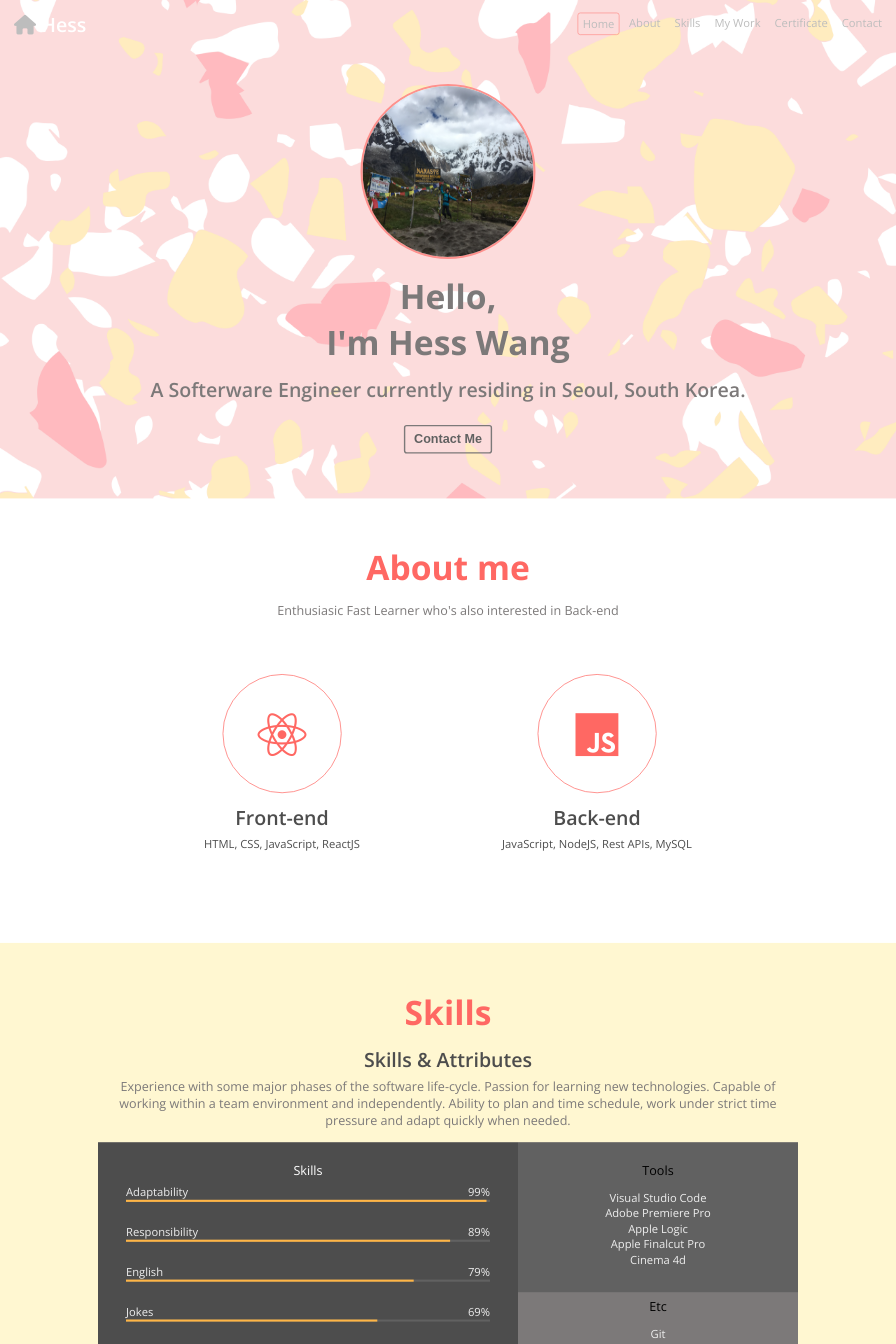
Repository: hesshess/Portfolio
Page: index.html
An editor plug-in stored every save of this project. The page is shown before and after the next save, followed by the edit.
The browser window is 1280 px wide. The pictures show the part of the page from y = 0 to 1920 px (the page is 4152 px tall before and 3375 px after), at 70% of full size.
Some web libraries are served in a nearby version.

Above is the page before, as saved 2022-10-19 11:39:33.

After the next save:
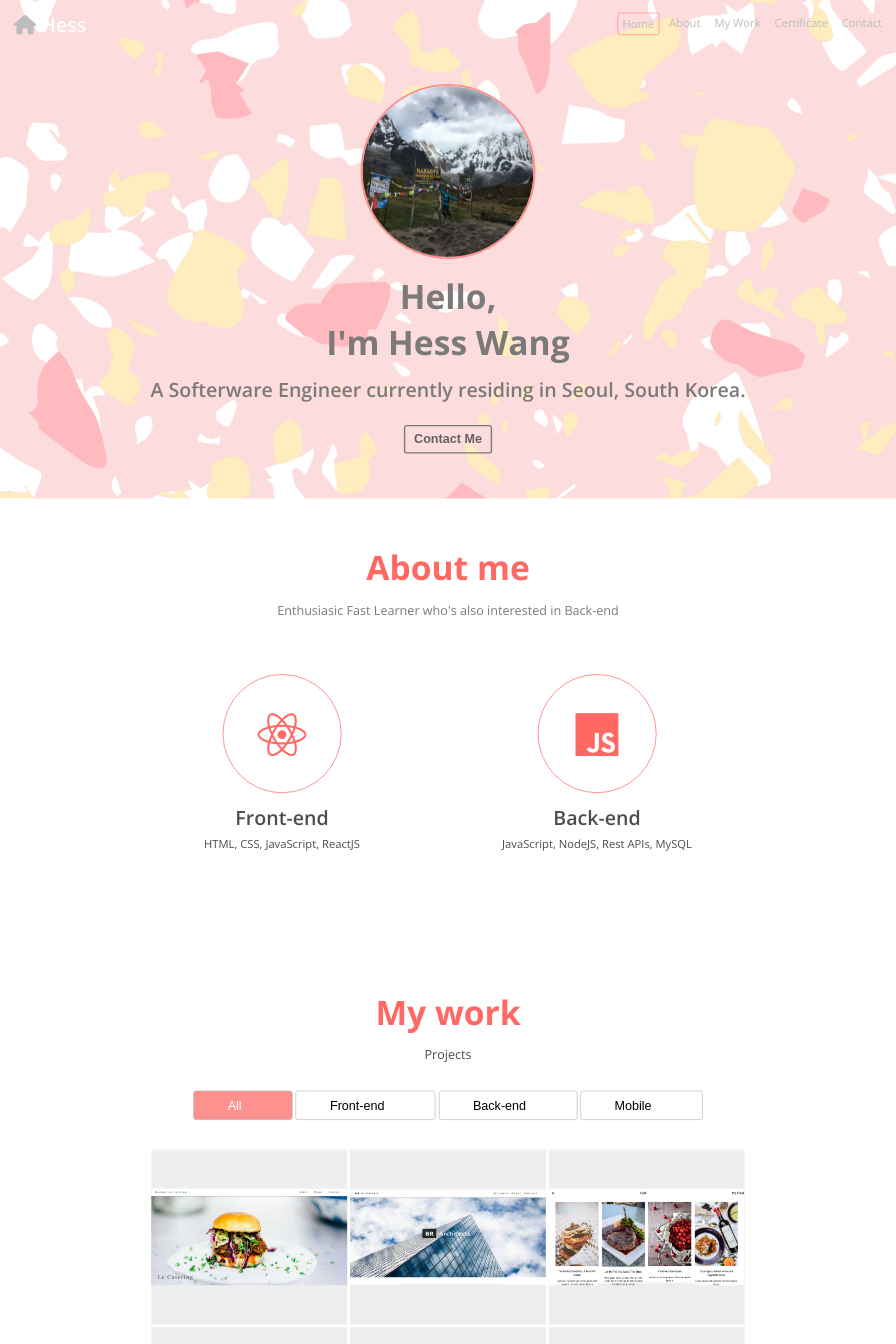
Saved 4 min 32 s later.
--- a/index.html
+++ b/index.html
@@ -32,7 +32,6 @@
         <ul class="navbar__menu">
           <li class="navbar__menu__item active" data-link="#home">Home</li>
           <li class="navbar__menu__item" data-link="#about">About</li>
-          <li class="navbar__menu__item" data-link="#skills">Skills</li>
           <li class="navbar__menu__item" data-link="#work">My Work</li>
           <li class="navbar__menu__item" data-link="#testimonials">
             Certificate
@@ -89,99 +88,7 @@
       </div>
     </section>
 
-    <!-- Skills -->
-    <section id="skills" class="section">
-      <div class="section__container">
-        <h1>Skills</h1>
-        <h2>Skills & Attributes</h2>
-        <p>
-          Experience with some major phases of the software life-cycle. Passion for
-          learning new technologies. Capable of working within a team
-          environment and independently. Ability to plan and time schedule, work
-          under strict time pressure and adapt quickly when needed.
-        </p>
-        <div class="skillset">
-          <div class="skillset__left">
-            <h3 class="skillset__title">Skills</h3>
-            <div class="skill">
-              <div class="skill__description">
-                <span>Adaptability</span>
-                <span>99%</span>
-              </div>
-              <div class="skill__bar">
-                <div class="skill__value" style="width: 99%"></div>
-              </div>
-            </div>
-            <div class="skill">
-              <div class="skill__description">
-                <span>Responsibility</span>
-                <span>89%</span>
-              </div>
-              <div class="skill__bar">
-                <div class="skill__value" style="width: 89%"></div>
-              </div>
-            </div>
-            <div class="skill">
-              <div class="skill__description">
-                <span>English</span>
-                <span>79%</span>
-              </div>
-              <div class="skill__bar">
-                <div class="skill__value" style="width: 79%"></div>
-              </div>
-            </div>
-            <div class="skill">
-              <div class="skill__description">
-                <span>Jokes</span>
-                <span>69%</span>
-              </div>
-              <div class="skill__bar">
-                <div class="skill__value" style="width: 69%"></div>
-              </div>
-            </div>
-            <div class="skill">
-              <div class="skill__description">
-                <span>Humanism</span>
-                <span>79%</span>
-              </div>
-              <div class="skill__bar">
-                <div class="skill__value" style="width: 79%"></div>
-              </div>
-            </div>
-            <div class="skill">
-              <div class="skill__description">
-                <span>Time management</span>
-                <span>89%</span>
-              </div>
-              <div class="skill__bar">
-                <div class="skill__value" style="width: 89%"></div>
-              </div>
-            </div>
-          </div>
-          <div class="skillset__right">
-            <div class="tools">
-              <h3 style="color: black;" class="skillset__title">Tools</h3>
-              <ul class="tools__list">
-                <li><span>Visual Studio Code</span></li>
-                <li><span>Adobe Premiere Pro</span></li>
-                <li><span>Apple Logic</span></li>
-                <li><span>Apple Finalcut Pro</span></li>
-                <li><span>Cinema 4d</span></li>
-              </ul>
-            </div>
-            <div class="etc">
-              <h3 style="color: black;"class="skillset__title">Etc</h3>
-              <ul class="etc__list">
-                <li><span>Git</span></li>
-                <li><span>Slack</span></li>
-                <li><span>Discord</span></li>
-                <li><span>Notion</span></li>
-              </ul>
-            </div>
-          </div>
-        </div>
-      </div>
-    </section>
+
     <!-- Work -->
     <section id="work" class="section">
       <div class="section__container">
